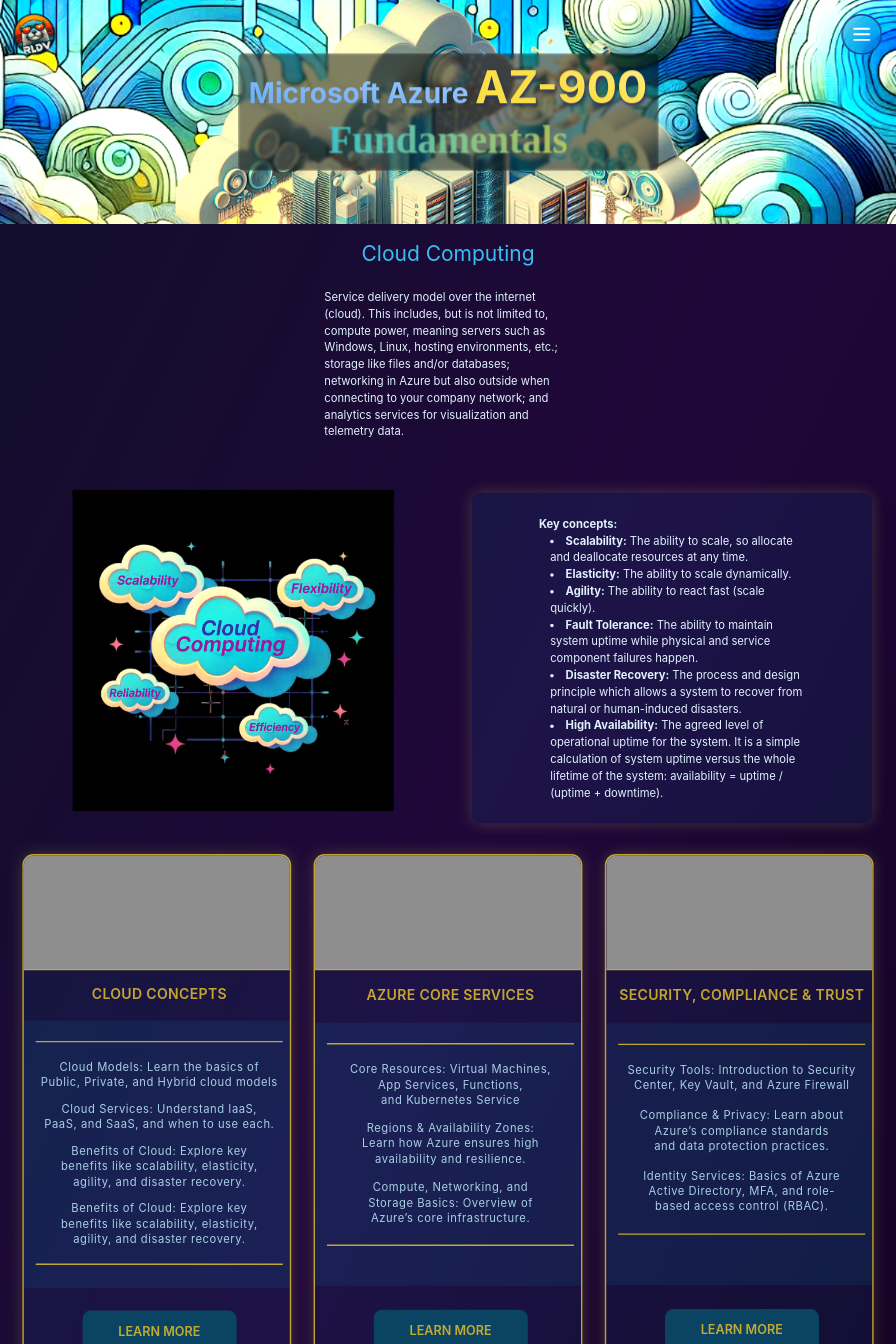
Repository: Freezler/az-900_svelte5
Page: /
An editor plug-in stored every save of this project. The page is shown before and after the next save, followed by the edit.
The browser window is 1280 px wide. The pictures show the part of the page from y = 0 to 1920 px (the page is 2698 px tall before and 2706 px after), at 70% of full size.
Pictures or frames that could not be fetched are drawn as grey boxes. The project was rebuilt for these pictures with package versions that can differ from the ones it lists, and the page was loaded fresh each time. The framework's server and built-in components were replaced by stand-ins that run in the browser. Also part of the build but not shown: vite.config.ts.

Above is the page before, as saved 2024-11-10 10:57:06.

After the next save:
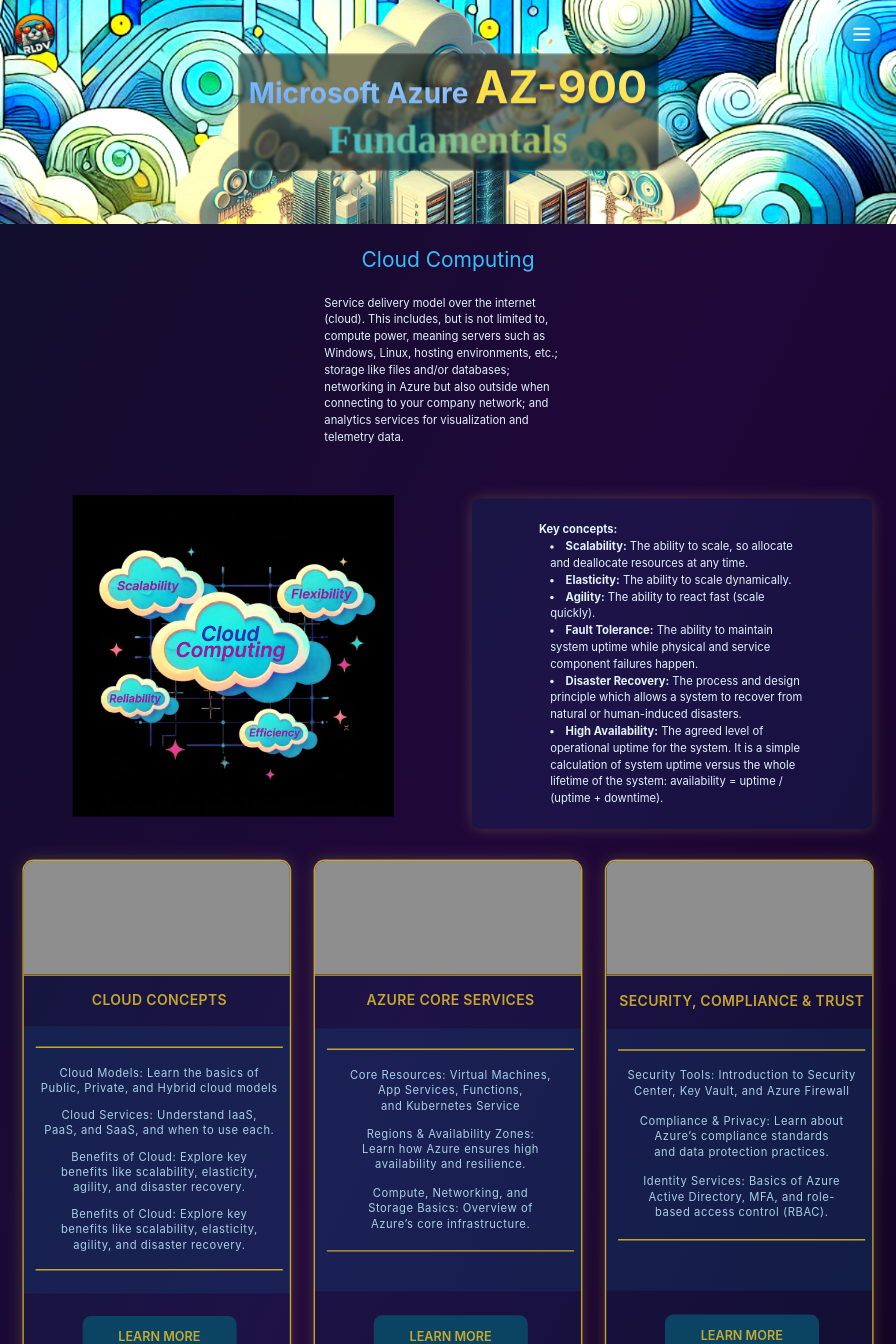
Saved 7 s later.
--- a/src/components/ComputingArticle.svelte
+++ b/src/components/ComputingArticle.svelte
@@ -1,4 +1,4 @@
-<div class="grid items-center justify-center gap-8 place-self-center text-sky-100 w-[35ch] pt-6">
+<div class="grid items-center justify-center gap-8 place-self-center text-sky-100 w-[35ch] pt-8">
 	<h2 class="text-3xl text-center text-sky-400">Cloud Computing</h2>
 	<p>
 		Service delivery model over the internet (cloud). This includes, but is not limited to, compute
